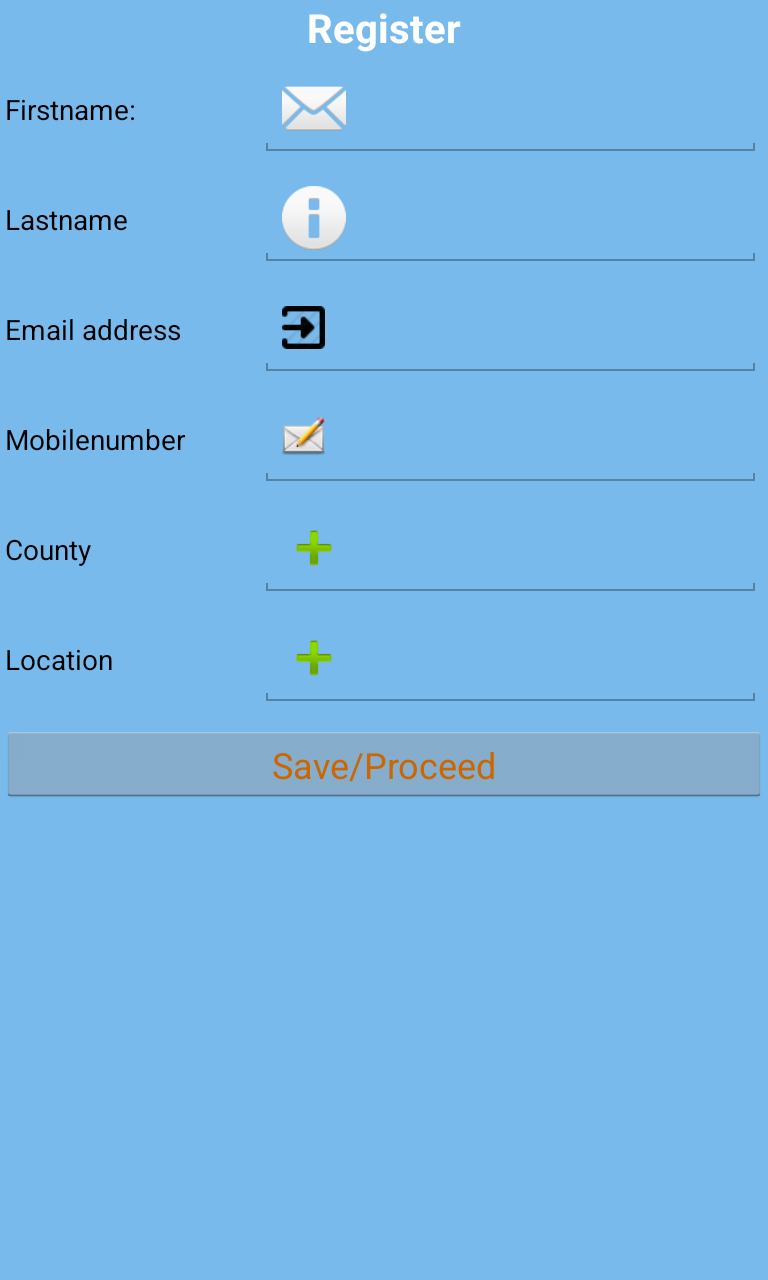
Repository: njiiriJohnii/Android-projects
Layout: Expensetracker/res/layout/register.xml
An editor plug-in stored every save of this project. The layout is shown before and after a run of saves, followed by the edit.
It is drawn on a 768 x 1280 px phone screen (xhdpi) without system bars, with theme AppTheme; the app's code is not run.

Above is the layout before, as saved 2014-06-23 16:21:45.

### Expensetracker/res/layout/register.xml
<?xml version="1.0" encoding="utf-8"?>
<LinearLayout xmlns:android="http://schemas.android.com/apk/res/android"
	android:layout_width="fill_parent"
	android:orientation="vertical"
	android:layout_height="fill_parent"
	android:background="#79BAEC"
	android:gravity="center_vertical">
	 <com.bima.ActionBar
        android:id="@+id/actionbar"

        />
			<TextView
			android:layout_width="fill_parent"
			android:layout_height="wrap_content"
			android:text="Register"
			android:textSize="20dp"
			android:textColor="#ffffff"
			android:gravity="center_horizontal"
			android:background="#79BAEC"
			android:textStyle="bold"

		/>
<ScrollView android:id="@+id/ScrollView02"
 android:layout_height="fill_parent"
 android:layout_width="fill_parent"
 android:scrollbars="vertical">
	<LinearLayout
	android:layout_width="fill_parent"
	android:orientation="vertical"
	android:layout_height="fill_parent"
	>

	<TableRow android:id="@+id/row1"
	android:layout_width="fill_parent"
		android:layout_height="50dip"
		android:layout_margin="5px">
		<TextView
		    android:layout_width="fill_parent"
			android:layout_height="fill_parent"
			android:layout_weight="2"
			android:gravity="center_vertical"
			android:text="Firstname:"
			android:textColor="#000000" />

		<EditText
		android:id="@+id/txtidnos"
		android:layout_width="fill_parent"
		android:layout_height="fill_parent"
		android:gravity="center_vertical"
		android:layout_weight="1"
		android:inputType="text"
		android:textColor="#000000"
		android:drawableLeft="@android:drawable/ic_dialog_email"/>
	</TableRow>

	<TableRow
	android:id="@+id/row2"
	android:layout_width="fill_parent"
	android:layout_height="50dip"
	android:layout_margin="5px">
		<TextView
		android:layout_width="fill_parent"
			android:layout_height="fill_parent"
			android:gravity="center_vertical"
			android:text="Lastname"
			android:layout_weight="2"
			android:textColor="#000000" />

		<EditText
		          android:id="@+id/txtfarmno"
		          android:layout_width="fill_parent"
			      android:layout_height="fill_parent"
			      android:gravity="center_vertical"
			      android:layout_weight="1"
				  android:inputType="text"
			      android:drawableLeft="@android:drawable/ic_dialog_info"
			/>
	</TableRow>



	<TableRow
	android:id="@+id/row3"
	android:layout_width="fill_parent"
	android:layout_height="50dip"
	android:layout_margin="5px">
		<TextView
		    android:layout_width="fill_parent"
			android:layout_height="fill_parent"
			android:gravity="center_vertical"
			android:text="Email address"
			android:layout_weight="2"
			android:textColor="#000000" />

		<EditText android:id="@+id/edtemail"
		android:layout_width="fill_parent"
			android:layout_height="fill_parent"
			android:gravity="center_vertical"
			android:layout_weight="1"
			android:drawableLeft="@drawable/lgn"
			/>
	</TableRow>

	<TableRow
	android:id="@+id/row3"
	android:layout_width="fill_parent"
	android:layout_height="50dip"
	android:layout_margin="5px">
		<TextView
		android:layout_width="fill_parent"
			android:layout_height="fill_parent"
			android:gravity="center_vertical"
			android:text="Mobilenumber"
			android:layout_weight="2"
			android:inputType="number"
			android:textColor="#000000" />

		<EditText android:id="@+id/txtcrops"
		android:layout_width="fill_parent"
			android:layout_height="fill_parent"
			android:gravity="center_vertical"
			android:layout_weight="1"
			android:drawableLeft="@drawable/sighnup"
			/>
	</TableRow>

	<TableRow
	android:id="@+id/row3"
	android:layout_width="fill_parent"
	android:layout_height="50dip"
	android:layout_margin="5px">
		<TextView
		android:layout_width="fill_parent"
			android:layout_height="fill_parent"
			android:gravity="center_vertical"
			android:text="County"
			android:layout_weight="2"
			android:textColor="#000000" />

		<EditText android:id="@+id/txtfarmcounty"
		android:layout_width="fill_parent"
			android:layout_height="fill_parent"
			android:gravity="center_vertical"
			android:layout_weight="1"
			android:drawableLeft="@android:drawable/ic_input_add"
			/>
	</TableRow>

<TableRow
	android:id="@+id/row3"
	android:layout_width="fill_parent"
	android:layout_height="50dip"
	android:layout_margin="5px">
		<TextView
		android:layout_width="fill_parent"
			android:layout_height="fill_parent"
			android:gravity="center_vertical"
			android:text="Location"
			android:layout_weight="2"
			android:textColor="#000000" />

		<EditText android:id="@+id/txtfarmlocation"
		android:layout_width="fill_parent"
			android:layout_height="fill_parent"
			android:gravity="center_vertical"
			android:layout_weight="1"
			android:drawableLeft="@android:drawable/ic_input_add"
			/>
	</TableRow>
	<TableRow
	android:layout_width="fill_parent"
		android:layout_height="40dip"
		android:gravity="center"
		android:layout_marginTop="10px">

		<Button
		android:text="Save/Proceed"

			android:layout_width="fill_parent"
			android:layout_height="fill_parent"
			android:gravity="center"
			android:onClick = "Save"
			android:textColor="#cc6600"
			>

		</Button>

	</TableRow>

		<TableRow
	android:layout_width="fill_parent"
		android:layout_height="90dip"
		android:gravity="center"
		android:layout_marginTop="10px">


	</TableRow>
</LinearLayout>
</ScrollView>
</LinearLayout>

Loaded but not shown: Expensetracker/res/values/styles.xml (common file); Expensetracker/res/values-v11/styles.xml (common file); Expensetracker/res/values-v14/styles.xml (common file)

After the next 2 saves:
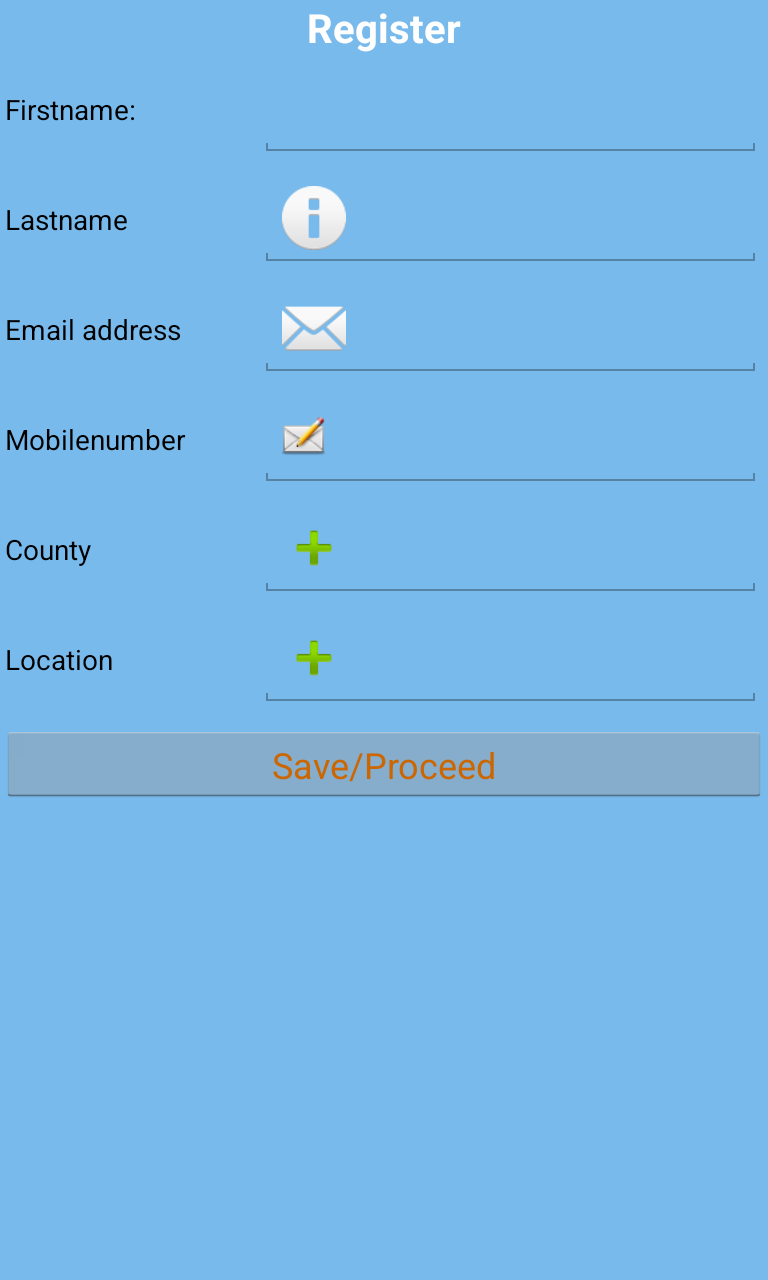
The 2 saves are shown as one change because 1 did not build or start.
The last was saved 8 min 6 s later.
--- a/Expensetracker/res/layout/register.xml
+++ b/Expensetracker/res/layout/register.xml
@@ -50,7 +50,7 @@
 		android:layout_weight="1"
 		android:inputType="text"
 		android:textColor="#000000"
-		android:drawableLeft="@android:drawable/ic_dialog_email"/>
+		/>
 	</TableRow>
 
 	<TableRow
@@ -97,7 +97,7 @@
 			android:layout_height="fill_parent"
 			android:gravity="center_vertical"
 			android:layout_weight="1"
-			android:drawableLeft="@drawable/lgn"
+			android:drawableLeft="@android:drawable/ic_dialog_email"
 			/>
 	</TableRow>
 
